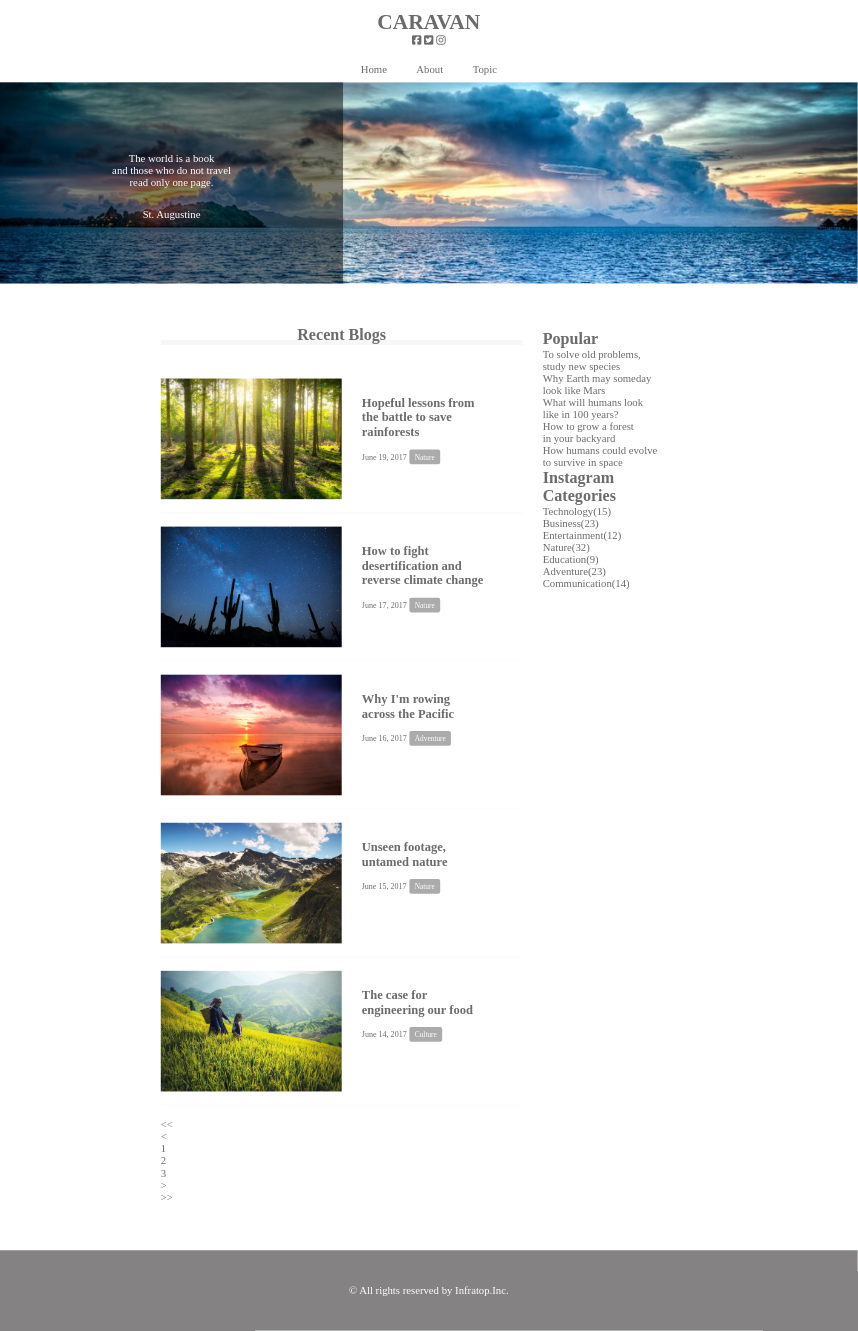
Repository: alamsamiha/html_css
Page: caravan/index.html
The author's editor kept a record of every edit. The page is drawn from the files as they stood at one moment, then again after the next edit.
The browser window is 1280 px wide. The pictures show the whole page, at 67% of full size.
Some web libraries are served in a nearby version.

Above is the page before.

### caravan/index.html
<!DOCTYPE html>
<html lang="ja">
  <head>
    <meta charset="UTF-8" />
    <meta name="viewport" content="width=device-width,initial-scale=1.0">
    <script src="https://kit.fontawesome.com/ce25878881.js" crossorigin="anonymous"></script>
    <!-- CSSファイルの読み込み -->
    <link rel="stylesheet" href="style.css" />
    <title>CARAVAN</title>
  </head>

  <body>

    <!-- header -->
    <header>
      <h1 class="heading">
        <a href="index.html">
          CARAVAN
        </a>
      </h1>
      <div class="social">
        <i class="fab fa-facebook-square"></i>
        <i class="fab fa-twitter-square"></i>
        <i class="fab fa-instagram"></i>
      </div>
    </header>

    <!-- navigation -->
    <nav>
      <ul class="nav-list">
        <li class="nav-list-item">
          <a href="index.html">Home</a>
        </li>
        <li class="nav-list-item">About</li>
        <li class="nav-list-item">Topic</li>
      </ul>
    </nav>

    <!-- main-visual用のdiv -->
    <div class="main-visual">
      <div class="main-visual-content">
        <!-- pタグ（と文字）を追加 -->
        <p class="main-visual-text">
          The world is a book<br />
          and those who do not travel<br />
          read only one page.
        </p>
        <p class="main-visual-name">
          St. Augustine
        </p>
      </div>
    </div>

    <!-- main用のdiv -->
    <main>
      <section class="blog">
        <h2 class="blog-heading">Recent Blogs</h2>
        <div class="blog-box">
          <div class="blog-item">
            <img class="blog-image" src="img/forest.jpg" />
            <section class="blog-text">
              <h3 class="blog-text-heading">
                <a href="single.html">
                  Hopeful lessons from<br>
                  the battle to save<br>
                  rainforests
                </a>
              </h3>
              <p class="blog-date">June 19, 2017</p>
              <span class="category">Nature</span>
            </section>
          </div>
          <div class="blog-item">
            <img class="blog-image" src="img/desert.jpg" />
            <section class="blog-text">
              <h3 class="blog-text-heading">
                <a href="single.html">
                  How to fight<br>
                  desertification and<br>
                  reverse climate change
                </a>
              </h3>
              <p class="blog-date">June 17, 2017</p>
              <span class="category">Nature</span>
            </section>
          </div>
          <div class="blog-item">
            <img class="blog-image" src="img/sunset.jpg" />
            <section class="blog-text">
              <h3 class="blog-text-heading">
                <a href="single.html">
                  Why I'm rowing<br>
                  across the Pacific
                </a>
              </h3>
              <p class="blog-date">June 16, 2017</p>
              <span class="category">Adventure</span>
            </section>
          </div>
          <div class="blog-item">
            <img class="blog-image" src="img/italy.jpg" />
            <section class="blog-text">
              <h3 class="blog-text-heading">
                <a href="single.html">
                  Unseen footage,<br>
                  untamed nature
                </a>
              </h3>
              <p class="blog-date">June 15, 2017</p>
              <span class="category">Nature</span>
            </section>
          </div>
          <div class="blog-item">
            <img class="blog-image" src="img/asia.jpg" />
            <section class="blog-text">
              <h3 class="blog-text-heading">
                <a href="single.html">
                  The case for<br>
                  engineering our food
                </a>
              </h3>
              <p class="blog-date">June 14, 2017</p>
              <span class="category">Culture</span>
            </section>
          </div>
        </div>
        <div class="pagination">
          <p><<</p>
          <p><</p>
          <p>1</p>
          <p>2</p>
          <p>3</p>
          <p>></p>
          <p>>></p>
        </div>
      </section>
      <div class="sidebar">
        <section class="popular">
          <h2 class="popular-heading common-heading">Popular</h2>
          <div class="sidebar-contents">
            <p class="popular-text">To solve old problems,<br>study new species</p>
            <p class="popular-text">Why Earth may someday<br>look like Mars</p>
            <p class="popular-text">What will humans look<br>like in 100 years?</p>
            <p class="popular-text">How to grow a forest<br>in your backyard</p>
            <p class="popular-text">How humans could evolve<br>to survive in space</p>
          </div>
        </section>
        <section class="instagram">
          <h2 class="instagram-heading common-heading">Instagram</h2>
          <div class="sidebar-contents">
            <div class="instagram-box"></div>
            <div class="instagram-box"></div>
            <div class="instagram-box"></div>
            <div class="instagram-box"></div>
            <div class="instagram-box"></div>
            <div class="instagram-box"></div>
          </div>
        </section>
        <section class="categories">
          <h2 class="categories-heading common-heading">Categories</h2>
          <div class="sidebar-contents">
            <p class="categories-text">Technology(15)</p>
            <p class="categories-text">Business(23)</p>
            <p class="categories-text">Entertainment(12)</p>
            <p class="categories-text">Nature(32)</p>
            <p class="categories-text">Education(9)</p>
            <p class="categories-text">Adventure(23)</p>
            <p class="categories-text">Communication(14)</p>
          </div>
        </section>
      </div>
    </main>

    <!-- footer -->
    <footer>
      <p class="footer-text">© All rights reserved by Infratop.Inc.</p>
    </footer>

  </body>
</html>

### caravan/style.css
/* ブラウザがそれぞれ持っているCSSをリセットするための記述 */
* {
  margin: 0;
  padding: 0;
  box-sizing: border-box;
  color: #6c6b6b;
}

a {
  text-decoration: none;
}

header {
  width: 90%; /* 横幅90% */
  padding: 15px 0;
  margin: 0 auto;
  text-align: center;
}

header .heading {
  /* headerタグ内のheadingクラスにのみ反映される */
  font-size: 32px;
}

.nav-list {
  text-align: center;
  padding: 10px 0;
  margin: 0 auto;
}

.nav-list-item {
  list-style: none;
  display: inline-block;
  margin: 0 20px;
}

.main-visual {
  width: 100%; /* 横幅いっぱい */
  height: 300px; /* 高さ300px */
  background-image: url(img/mv.jpg);
  background-size: cover; /* 縦横比を維持したまま背景領域を埋め尽くす */
  background-position: center; /* 背景画像を中央に配置 */
}

.main-visual-content {
  width: 40%; /* 横幅40% */
  height: 300px; /* 親の高さに揃える */
  background-color: rgba(0, 0, 0, 0.5); /* 背景色を半透明の黒にする */
  text-align: center; /* 文字を中央揃えにする */
  padding-top: 105px; /* 上側の内側余白で垂直方向の位置を調整 */
}

.main-visual-text {
  color: #fff; /* 文字色を白に変更 */
}

.main-visual-name {
  margin-top: 30px; /* 上側の外側の余白 */
  color: #fff; /* 文字色を白に変更 */
}

main {
  width: 800px; /* 横幅800px */
  display: flex; /* Flexboxの利用 */
  justify-content: center; /* 要素の横並び・中央寄せ */
  margin: 0 auto; /* 要素の中央揃え */
  padding: 70px 0; /* 上下に70px、左右に0pxの内側余白 */
}

.blog {
  width: 540px;
  margin-right: 30px; /* 領域の右側余白 */
}

.blog-heading {
  border-bottom: 8px solid #f7f7f7;
  text-align: center;
  line-height: 0.6;
}

.blog-box {
  padding-top: 50px;
}

.blog-item {
  padding-bottom: 20px;
  margin-bottom: 20px;
  border-bottom: 1px solid #f7f7f7;
  display: flex;
  justify-content: flex-start;}

.blog-image {
  height: 180px;
}

.blog-text {
  padding: 25px 0 0 30px;
}

.blog-text-heading {
  padding-bottom: 15px;
}

.blog-date {
  font-size: 12px;
  display: inline-block;
}

.category {
  display: inline-block;
  padding: 5px 8px;
  background-color: #acabab;
  border-radius: 3px;
  color: #fff;
  font-size: 11px;
}

.sidebar {
  width: 230px;
}

footer {
  width: 100%;
  height: 120px;
  text-align: center;
  line-height: 120px;
  background-color: #848282;
}

.footer-text {
  color: #fff;
}

After the next edit:
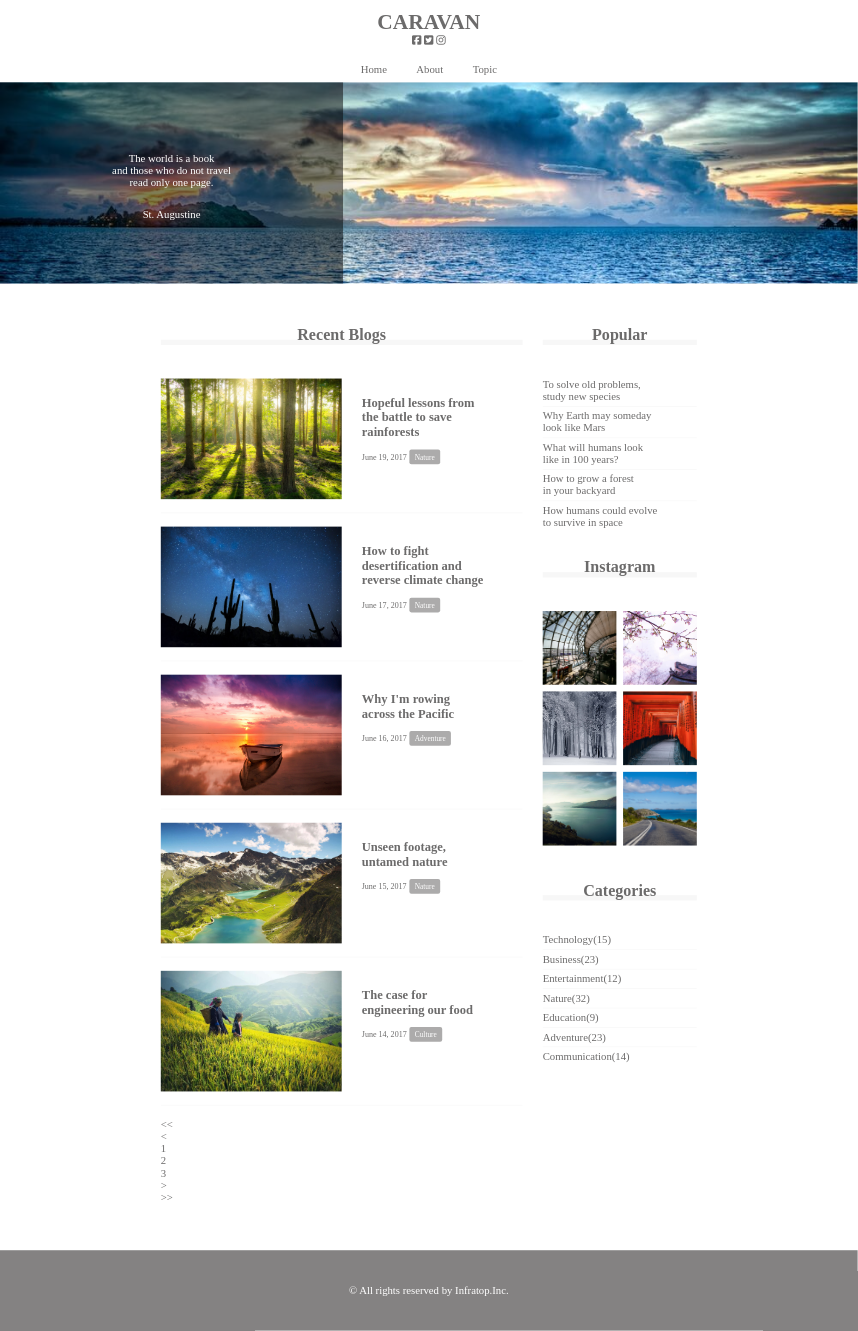
The edit:
--- a/caravan/style.css
+++ b/caravan/style.css
@@ -119,6 +119,71 @@
   width: 230px;
 }
 
+.common-heading {
+  border-bottom: 8px solid #f7f7f7;
+  text-align: center;
+  line-height: 0.6;
+}
+
+.sidebar-contents {
+  padding: 50px 0;
+}
+
+.popular-text,
+.categories-text {
+  padding-bottom: 5px;
+  border-bottom: 1px solid #f7f7f7;
+  margin-bottom: 5px;
+}
+
+.popular-text:last-child,
+.categories-text:last-child {
+  margin: 0;
+  padding: 0;
+  border: none;
+}
+
+.instagram .sidebar-contents {
+  display: flex;
+  flex-wrap: wrap;
+}
+
+.instagram-box {
+  width: 110px;
+  padding-top: 110px;
+  background-size: cover;
+  background-position: center;
+  margin-bottom: 10px;
+}
+
+.instagram-box:nth-child(odd) {
+  margin: 0 10px 10px 0;
+}
+
+.instagram-box:nth-child(1) {
+  background-image: url(img/airport.jpg);
+}
+
+.instagram-box:nth-child(2) {
+  background-image: url(img/japan.jpg);
+}
+
+.instagram-box:nth-child(3) {
+  background-image: url(img/snow.jpg);
+}
+
+.instagram-box:nth-child(4) {
+  background-image: url(img/japan2.jpg);
+}
+
+.instagram-box:nth-child(5) {
+  background-image: url(img/lake.jpg);
+}
+
+.instagram-box:nth-child(6) {
+  background-image: url(img/road.jpg);
+}
+
 footer {
   width: 100%;
   height: 120px;
